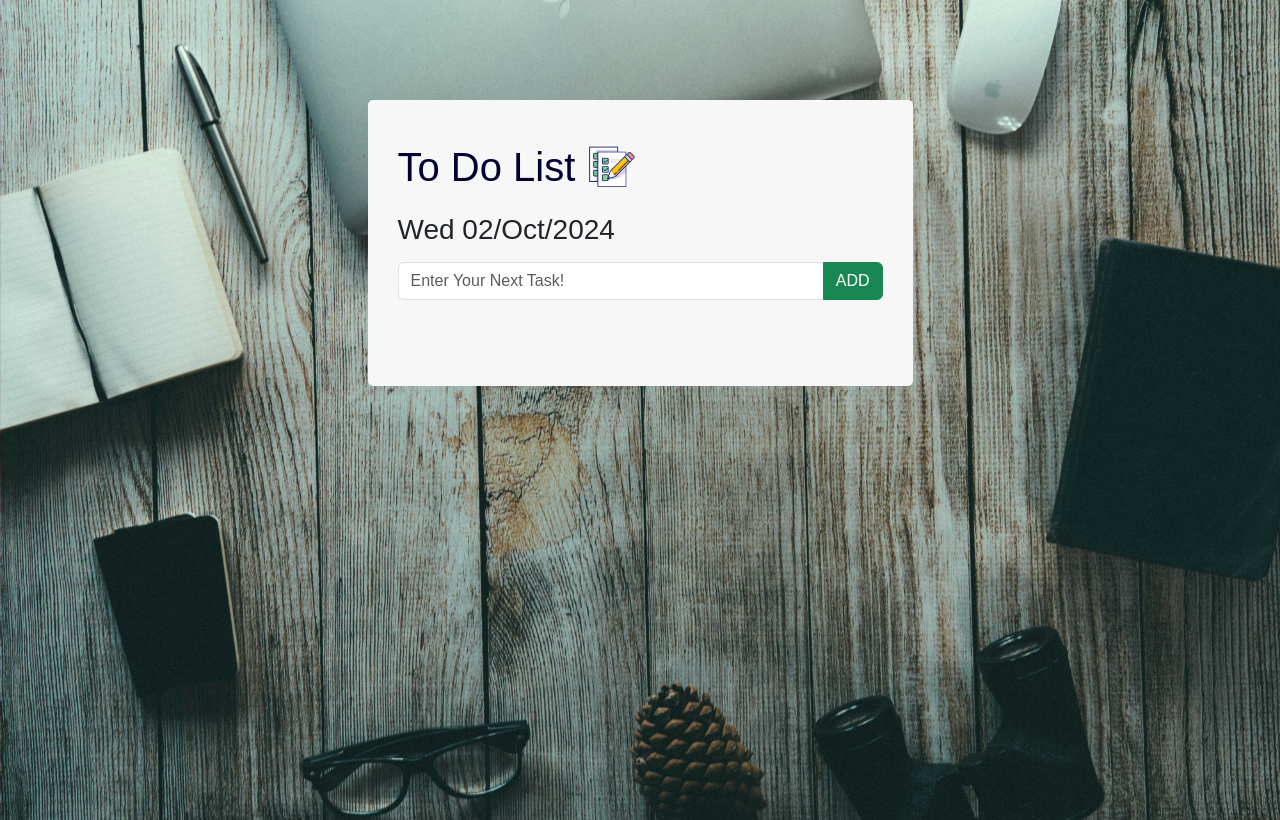
Repository: zeinawady/To_Do_List
Page: index.html
An editor plug-in stored every save of this project. The page is shown before and after a run of saves, followed by the edit.
The browser window is 1280 px wide. The pictures show the whole page.

Above is the page before, as saved 2024-10-02 02:28:33.

After the next 2 saves:
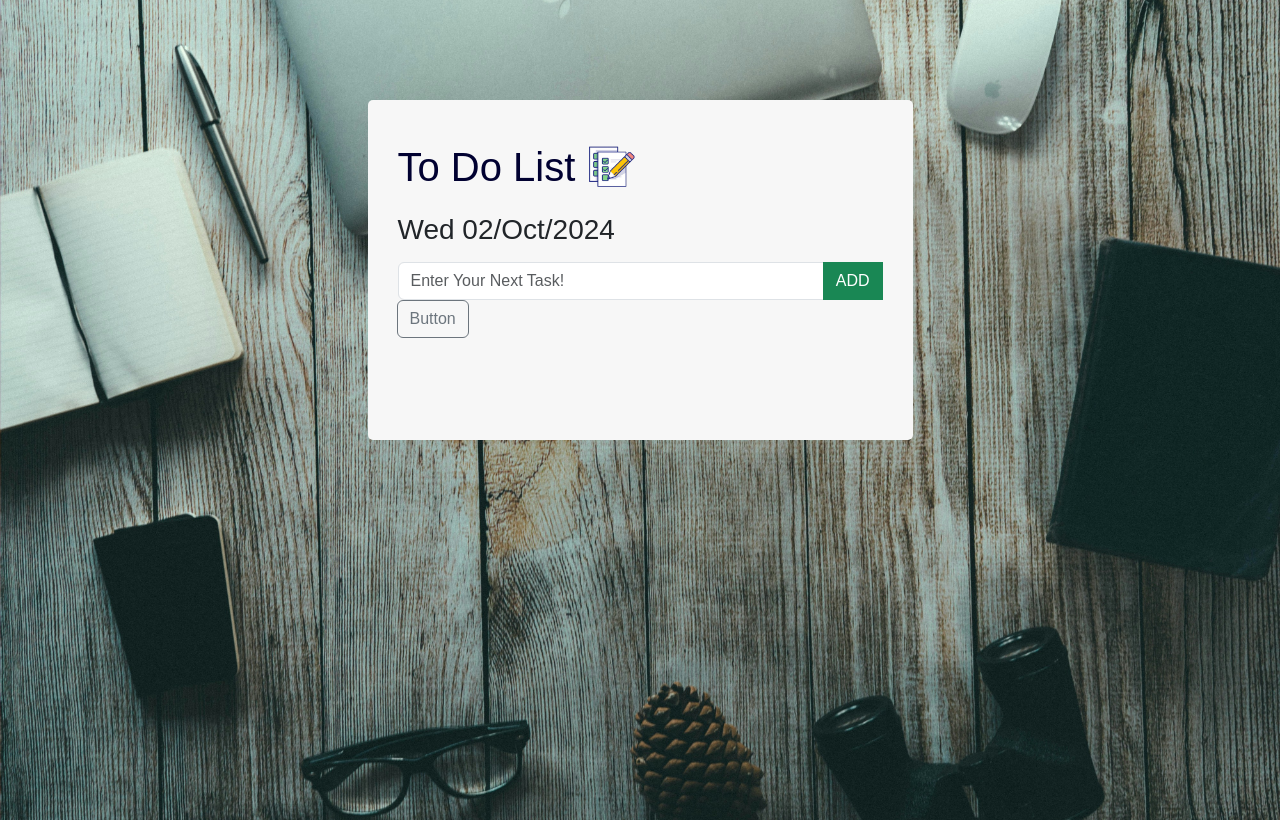
The 2 saves are shown as one change because they came seconds apart.
The last was saved 48 s later.
--- a/index.html
+++ b/index.html
@@ -17,8 +17,10 @@
            <h3 id="date"></h3>
             <div class="input-group mb-3">
                 <input type="text"  class="form-control" id="input-box" placeholder="Enter Your Next Task!" aria-label="Enter Your Next Task!" aria-describedby="button">
-                <button class="btn btn-success" type="button" id="button" onclick="addTask()">ADD</button>
+                <button class="btn btn-success" onclick="addTask()">ADD</button>
+                <div class="input-group mb-3">
 
+                    <button class="btn btn-outline-secondary"  id="button-addon2">Button</button>
                   </div>
 
             </div>

After the save that followed:
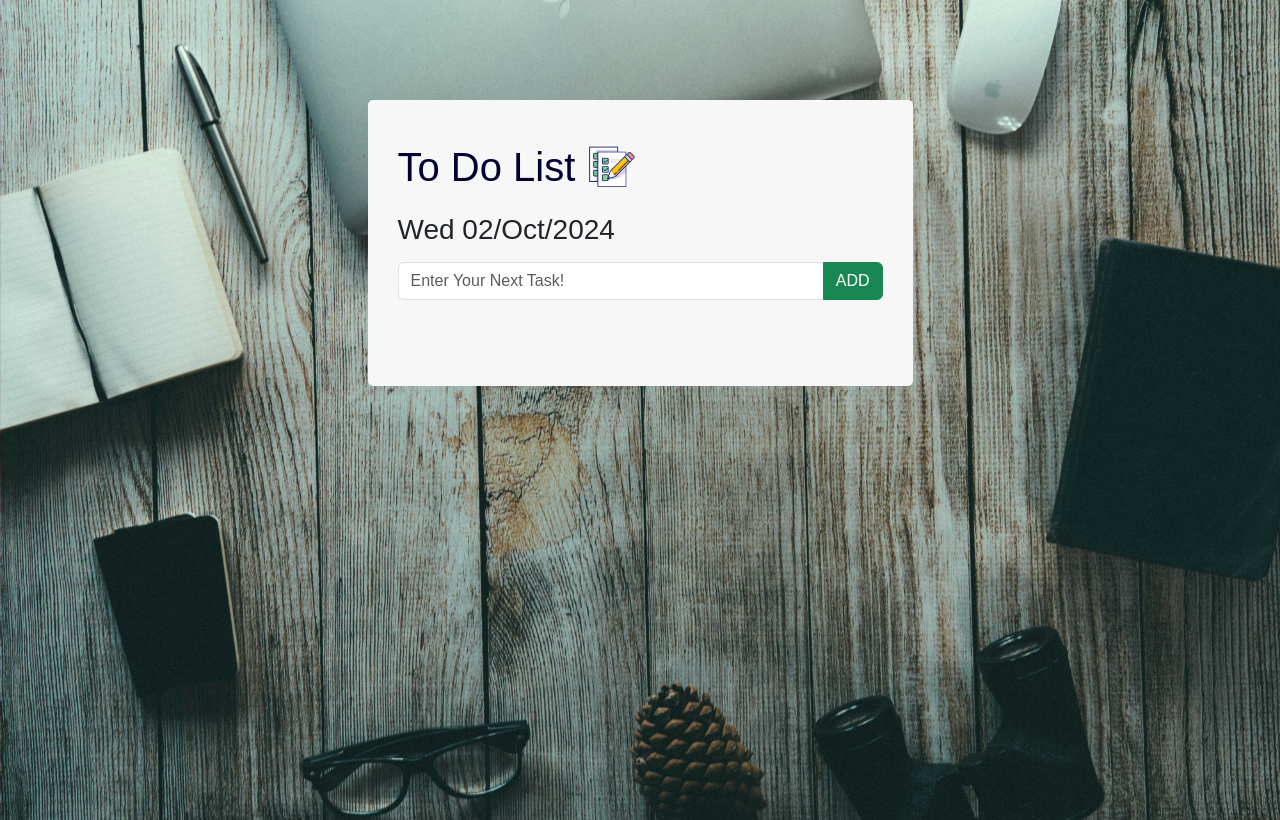
Saved 18 s later.
--- a/index.html
+++ b/index.html
@@ -18,10 +18,7 @@
             <div class="input-group mb-3">
                 <input type="text"  class="form-control" id="input-box" placeholder="Enter Your Next Task!" aria-label="Enter Your Next Task!" aria-describedby="button">
                 <button class="btn btn-success" onclick="addTask()">ADD</button>
-                <div class="input-group mb-3">
 
-                    <button class="btn btn-outline-secondary"  id="button-addon2">Button</button>
-                  </div>
 
             </div>
             <ul id="list-container">
